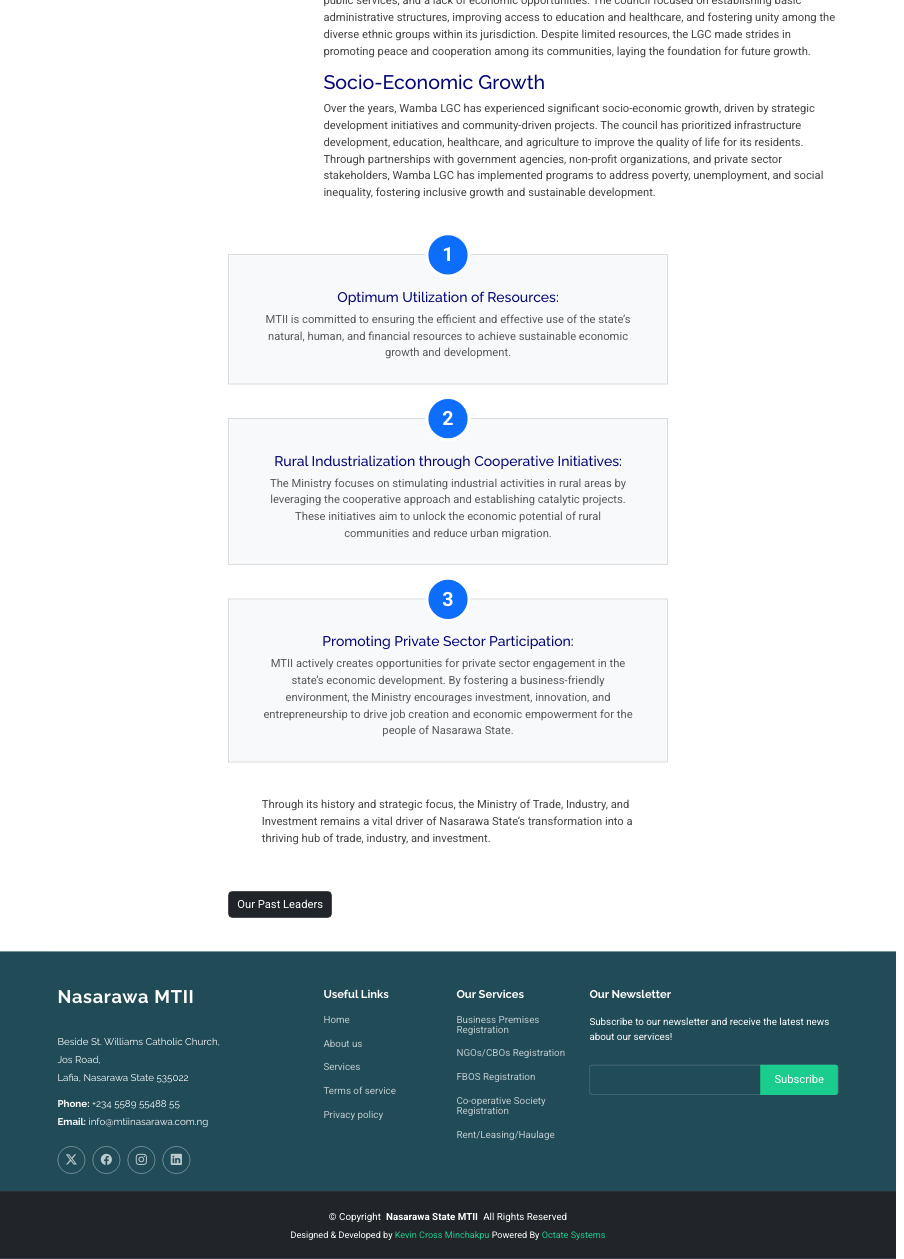
Repository: GlorifiedIntel/wamba-lgc
Page: wamba-history.html
The author's editor kept a copy of each file at every save. The page is drawn from the files as they stood at one save, then again after the next save.
The browser window is 1280 px wide. The page is 1292 px wide, so the pictures cover 1292 px, including what lies to the right of the window. The pictures show the part of the page from y = 863 to 2743 px (the page is 2661 px tall before and 2743 px after), at 70% of full size.

Above is the page before, as saved 2025-02-06 02:43:00.
Console error: TypeError: Cannot read properties of null (reading 'click')

After the next save:
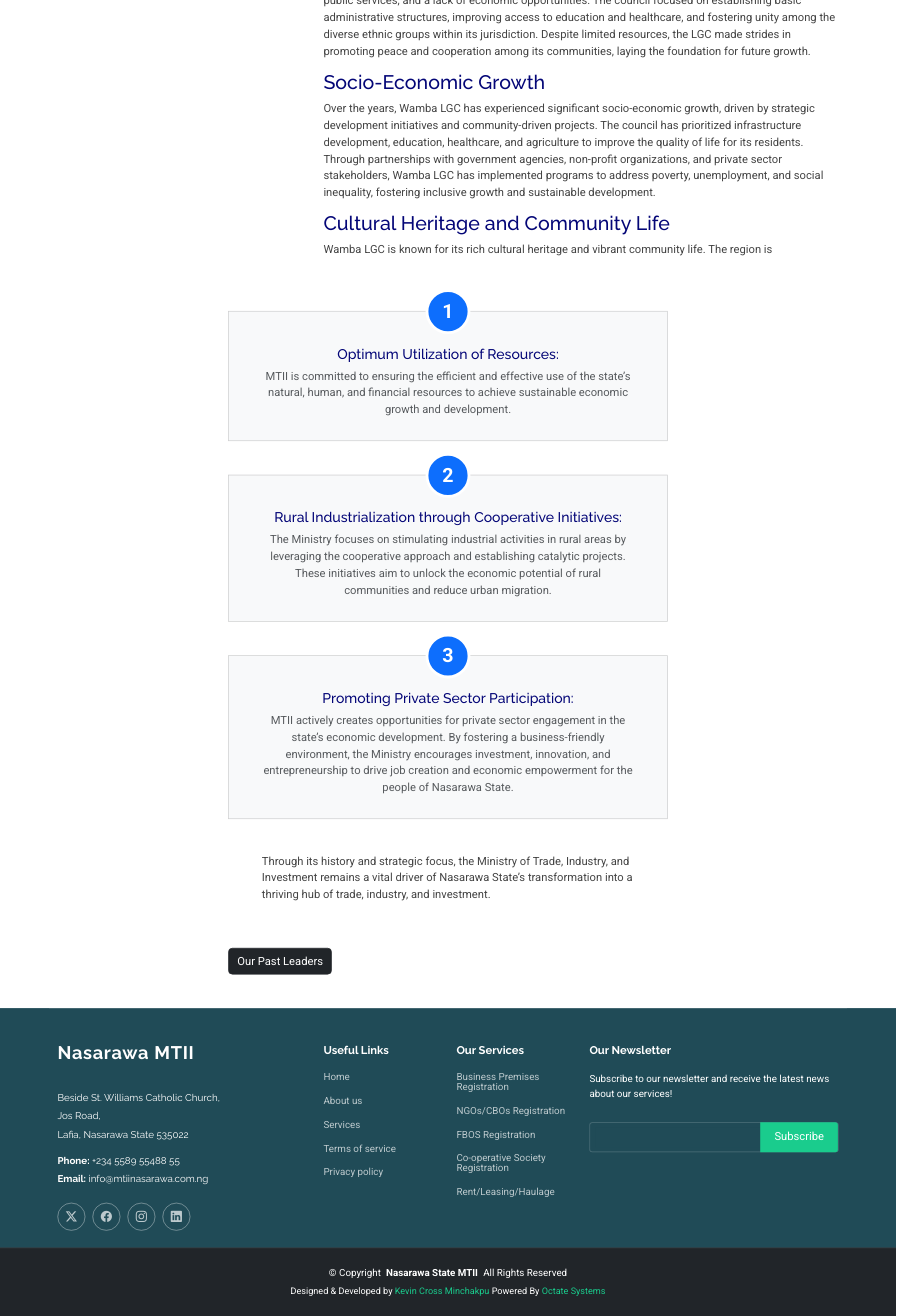
Saved 98 s later.
--- a/wamba-history.html
+++ b/wamba-history.html
@@ -148,7 +148,14 @@
           <p>In its early years, Wamba LGC faced numerous challenges, including limited infrastructure, inadequate public services, and a lack of economic opportunities. The council focused on establishing basic administrative structures, improving access to education and healthcare, and fostering unity among the diverse ethnic groups within its jurisdiction. Despite limited resources, the LGC made strides in promoting peace and cooperation among its communities, laying the foundation for future growth.</p>
           <h3>Socio-Economic Growth</h3>
           <p>Over the years, Wamba LGC has experienced significant socio-economic growth, driven by strategic development initiatives and community-driven projects. The council has prioritized infrastructure development, education, healthcare, and agriculture to improve the quality of life for its residents. Through partnerships with government agencies, non-profit organizations, and private sector stakeholders, Wamba LGC has implemented programs to address poverty, unemployment, and social inequality, fostering inclusive growth and sustainable development.</p>
-          </div>
+          <h3>Cultural Heritage and Community Life</h3>
+          <p>Wamba LGC is known for its rich cultural heritage and vibrant community life. The region is
+
+
+
+
+
+        </div>
         </div>
     </section><!-- /Starter Section Section -->
     <div class="row justify-content-center">
